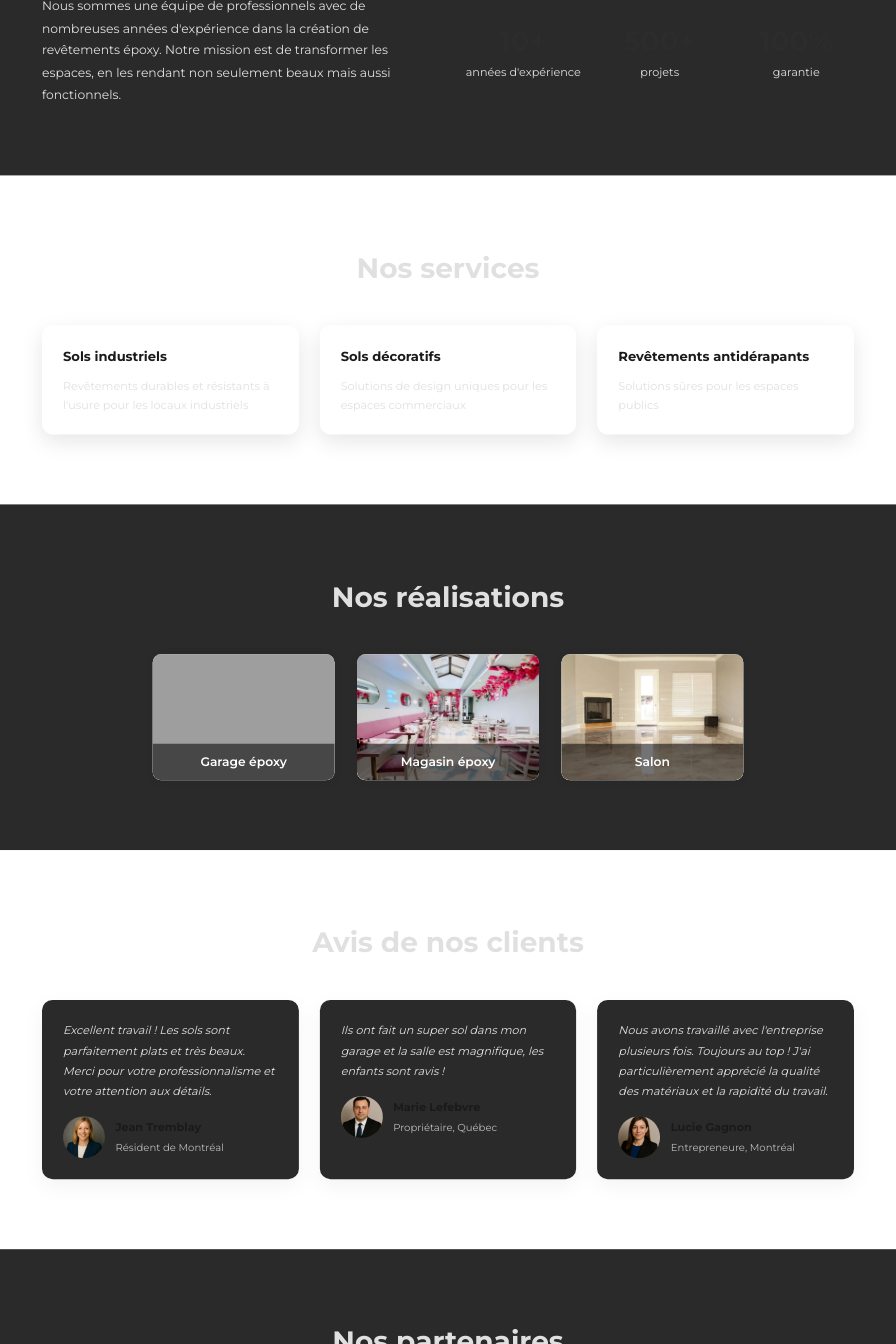
Repository: kerni-ca/kerni-ca
Page: index.html
The author's editor kept a copy of each file at every save. The page is drawn from the files as they stood at one save, then again after the next save.
The browser window is 1280 px wide. The pictures show the part of the page from y = 942 to 2862 px (the page is 4161 px tall), at 70% of full size.
Pictures or frames that could not be fetched are drawn as grey boxes. Backgrounds fixed to the window are drawn as part of the page.

Above is the page before, as saved 2025-07-04 15:34:06.

After the next save:
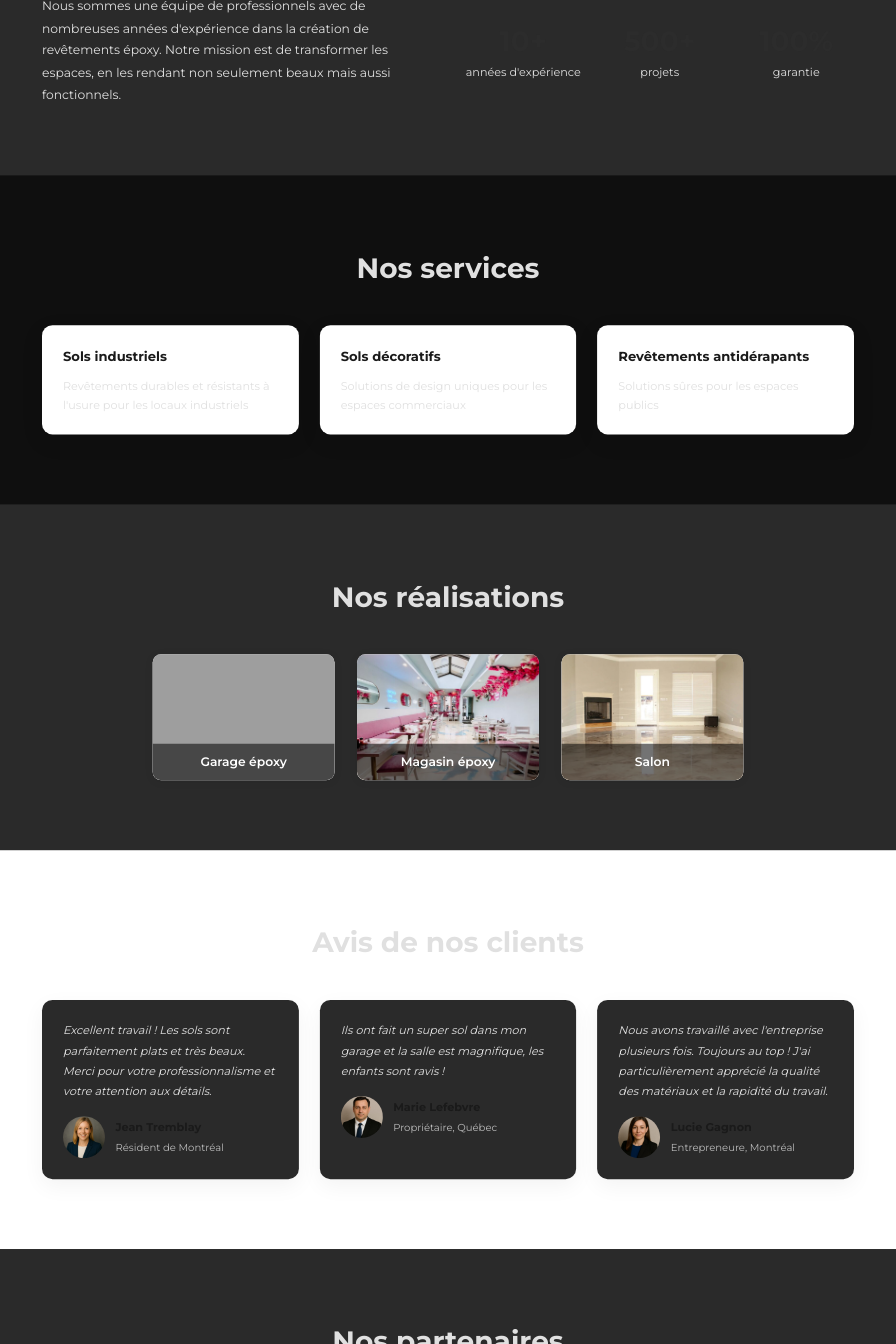
Saved 5 s later.
--- a/styles.css
+++ b/styles.css
@@ -27,6 +27,7 @@ body {
     font-family: 'Montserrat', sans-serif;
     line-height: 1.6;
     color: var(--text-color);
+    background: var(--dark-bg);
 }
 
 .container {
